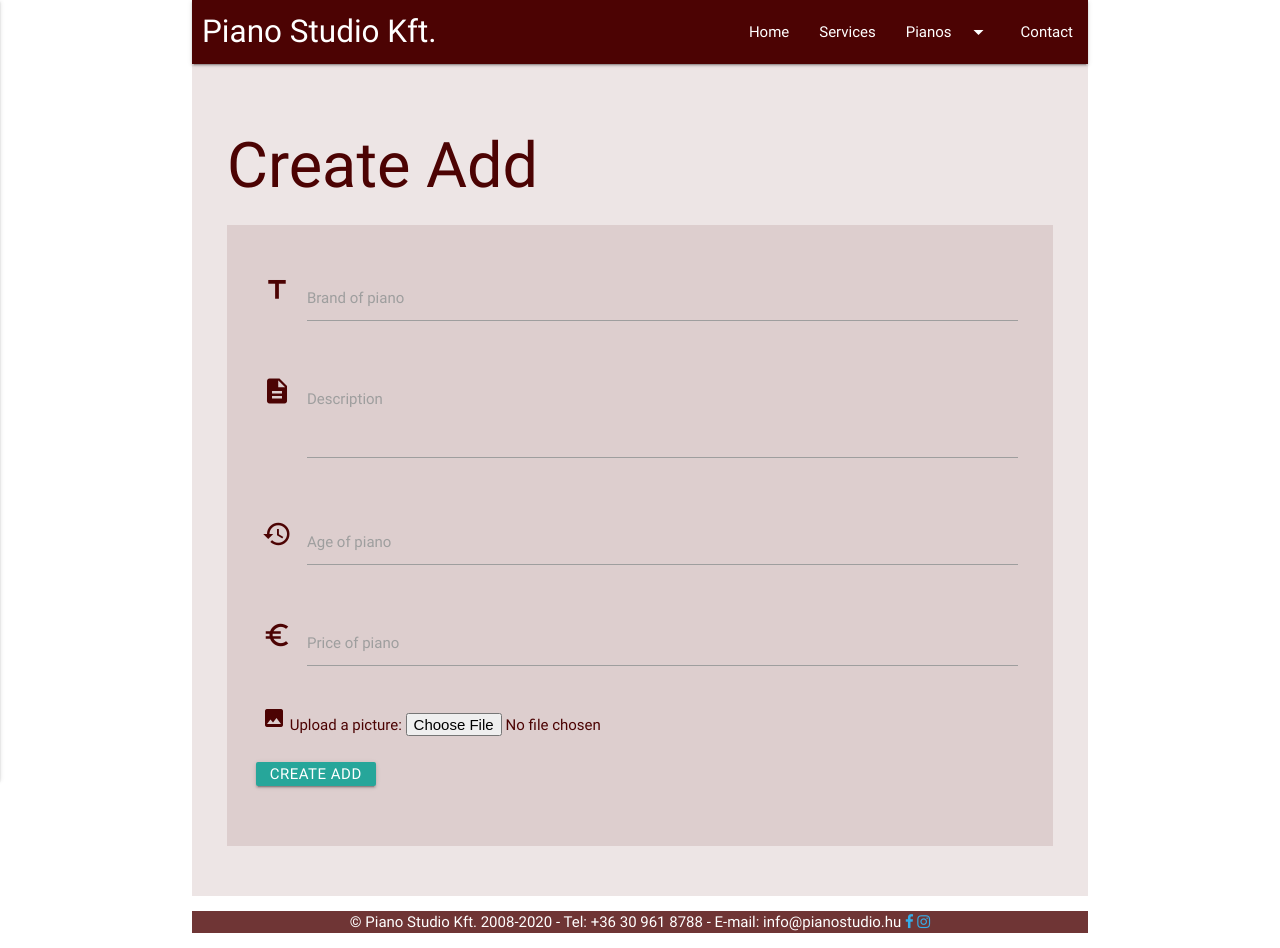
Repository: badiattila/pianostudioheroku
Page: http://localhost/createadd
The author's editor kept a record of every edit. The page is drawn from the files as they stood at one moment, then again after the next edit.
The browser window is 1280 px wide. The pictures show the whole page.
Some web libraries are served in a nearby version. The page is served by the project's application, run on Flask 3 (app.py).

Above is the page before.

### templates/create_add.html
{% extends 'base.html' %} {% block content %}
<div class="op" id="advertise">
    <h1>Create Add</h1>
        <form action="{{ url_for('insert_add') }}" method="POST" enctype="multipart/form-data" class="col s12 op">

            <div class="row">
                <div class="input-field col s12">
                    <i class="material-icons prefix">title</i>
                    <input id="brand" name="brand" type="text" class="validate">
                    <label for="brand">Brand of piano</label>
                </div>
            </div>

            <div class="row">
                <div class="input-field col s12">
                    <i class="material-icons prefix">description</i>
                    <textarea id="description" name="description" class="materialize-textarea"></textarea>
                    <label for="icon_telephone">Description</label>
                </div>
            </div>

            <div class="row">
                <div class="input-field col s12">
                    <i class="material-icons prefix">history</i>
                    <input id="age" name="age" type="text" class="validate">
                    <label for="age">Age of piano</label>
                </div>
            </div>

            <div class="row">
                <div class="input-field col s12">
                    <i class="material-icons prefix">euro_symbol</i>
                    <input id="price" name="price" type="text" class="validate">
                    <label for="price">Price of piano</label>
                </div>
            </div>

            <div class="row">
                <div class="col s12">
                    <i class="material-icons prefix">insert_photo</i> Upload a picture:
                    <input id="picture" name="picture" type="file">
                    <label for="picture"></label>
                </div>
            </div>

            <div class="row">
                <button class="btn waves-effect waves-light btn_mid" type="submit" name="action">Create Add</button>
            </div>


        </form>
</div>
{% endblock %}

### templates/base.html
<!DOCTYPE html>

<html lang="en">

<head>

    <!-- Meta tags -->
    <meta charset="utf-8">
    <!-- Font awsome -->
    <link rel="stylesheet" href="https://maxcdn.bootstrapcdn.com/font-awesome/4.7.0/css/font-awesome.min.css" type="text/css" />
    <!-- Hover -->
    <link rel="stylesheet" href="https://cdnjs.cloudflare.com/ajax/libs/hover.css/2.1.1/css/hover-min.css" type="text/css" />
    <!-- Material icons by Google -->
    <link href="https://fonts.googleapis.com/icon?family=Material+Icons" rel="stylesheet">
    <!-- Compiled and minified materialize CSS -->
    <link rel="stylesheet" href="https://cdnjs.cloudflare.com/ajax/libs/materialize/0.100.2/css/materialize.min.css">
    <!-- Specific Css for this website -->
    <link rel="stylesheet" href="{{url_for('static', filename='css/style.css')}}" type="text/css" />

    <title>Piano Studio Kft. - Services - </title>
    <link href="{{url_for('static', filename='pictures/favicon.ico')}}" rel="shortcut icon" type="image/x-icon" />
    <meta name="description" content="Piano rental, tuning and repair - Piano Studio Kft." />
    <meta name="keywords" content="Piano rental,piano tuning,piano repair,piano studio" />
    <meta name="copyright" content="Piano Studio Kft." />
    <meta name="author" content="Attila Badi/Piano Studio Kft." />
    <meta name="email" content="info@pianostudio.hu" /> {% block head %} {% endblock %}


</head>

<body>
    <div class="container">
        <header>
            <ul id="dropdown2" class="dropdown-content">
                <li><a href="{{url_for('pianos_for_sale')}}">Sale</a></li>
                <li><a href="{{url_for('createadd')}}">Create Add</a></li>
            </ul>
            <nav>
                <div class="nav-wrapper redbg">
                    <a href="{{url_for('index')}}" class="brand-logo">Piano Studio Kft.</a>
                    <a href="#" data-activates="mobile-demo" class="button-collapse"><i class="material-icons">menu</i></a>
                    <ul id="nav-mobile" class="right hide-on-med-and-down">
                        <li><a href="{{url_for('index')}}">Home</a></li>
                        <li><a href="{{url_for('services')}}">Services</a></li>
                        <!-- Dropdown Trigger -->
                        <li><a class="dropdown-trigger" href="#!" data-target="dropdown2">Pianos<i class="material-icons right">arrow_drop_down</i></a></li>

                        <li><a href="{{url_for('contact')}}">Contact</a></li>
                    </ul>
                    <ul class="side-nav" id="mobile-demo">
                        <li><a href="{{url_for('index')}}">Home</a></li>
                        <li><a href="{{url_for('services')}}">Services</a></li>
                        <li><a href="{{url_for('pianos_for_sale')}}">Sale</a></li>
                        <li><a href="{{url_for('createadd')}}">Create Add</a></li>
                        <li><a href="{{url_for('contact')}}">Contact</a></li>
                    </ul>
                </div>
            </nav>

        </header>
        {% block content %} {% endblock %}

        <footer class="footer redbg">
            <p>&copy; Piano Studio Kft. 2008-2020 - Tel: +36 30 961 8788 - E-mail: info@pianostudio.hu
                <a target="_blank" href="https://www.facebook.com/zongoraterem"><i class="fa fa-facebook" aria-hidden="true"></i></a>
                <a target="_blank" href="https://www.instagram.com/pianostudiokft"><i class="fa fa-instagram" aria-hidden="true"></i></a>
            </p>
        </footer>
    </div>

    <script src="https://code.jquery.com/jquery-3.4.1.min.js" integrity="sha256-CSXorXvZcTkaix6Yvo6HppcZGetbYMGWSFlBw8HfCJo=" crossorigin="anonymous"></script>
    <script src="https://cdnjs.cloudflare.com/ajax/libs/materialize/0.100.2/js/materialize.min.js"></script>

    <script>
        $(document).ready(function() {
            $('.modal').modal();
            $('.dropdown-trigger').dropdown();
            $('.collapsible').collapsible();
            $('select').material_select();
            $('.button-collapse').sideNav();
        });
    </script>

</body>

</html>

### app.py
import os
from flask import Flask, render_template, redirect, request, url_for
from flask_pymongo import PyMongo
from bson.objectid import ObjectId
from flask_mail import Mail, Message

app = Flask(__name__)

app.config["MONGO_DBNAME"] = 'piano_studio'
app.config["MONGO_URI"] = 'mongodb://attilabadi:K00nK00n1234@mycodeinstitutecluster-shard-00-00-wpsfr.mongodb.net:27017,mycodeinstitutecluster-shard-00-01-wpsfr.mongodb.net:27017,mycodeinstitutecluster-shard-00-02-wpsfr.mongodb.net:27017/piano_studio?ssl=true&replicaSet=MyCodeInstituteCluster-shard-0&authSource=admin&retryWrites=true&w=majority'
mongo = PyMongo(app)

app.config.update(
	DEBUG=True,
	#EMAIL SETTINGS
	MAIL_SERVER='mail.pianostudio.hu',
	MAIL_PORT=465,
	MAIL_USE_SSL=True,
	MAIL_USERNAME = 'contact@pianostudio.hu',
	MAIL_PASSWORD = os.environ.get('SMTPPW')
	)
mail = Mail(app)

@app.route('/')
@app.route('/index')
def index():
        return render_template("index.html")

@app.route('/contact')
def contact():
        return render_template("contact.html")

@app.route('/services')
def services():
        return render_template("services.html")

@app.route('/pianos_for_sale')
def pianos_for_sale():
        return render_template("pianos_for_sale.html", pianos=mongo.db.pianos_4_sale.find(), images=mongo.db.pianos_4_sale.find())

@app.route('/createadd')
def createadd():
        return render_template("create_add.html")

@app.route('/insert_add', methods=['POST'])
def insert_add():
        file_id = mongo.save_file(request.files['picture'].filename, request.files['picture'])
        mongo.db.pianos_4_sale.insert({
            'brand': request.form.get('brand') ,
            'description' : request.form.get('description') ,
            'age' : request.form.get('age') ,
            'price' : request.form.get('price') ,
            'file_name' : request.files['picture'].filename})
        return redirect(url_for('pianos_for_sale'))

@app.route('/file/<file_name>')
def file(file_name):
    return mongo.send_file(file_name)

@app.route('/delete_piano/<piano_id>')
def delete_piano(piano_id):
    mongo.db.pianos_4_sale.remove({'_id': ObjectId(piano_id)})
    return redirect(url_for('pianos_for_sale'))

@app.route('/edit_piano/<piano_id>')
def edit_piano(piano_id):
    return render_template('edit_piano.html', piano=mongo.db.pianos_4_sale.find_one({"_id": ObjectId(piano_id)}))


@app.route('/update_piano/<piano_id>', methods=['POST'])
def update_piano(piano_id):
    file_id = mongo.save_file(request.files['picture'].filename, request.files['picture'])
    mongo.db.pianos_4_sale.update( {'_id': ObjectId(piano_id)},
    {
            'brand': request.form.get('brand') ,
            'description' : request.form.get('description') ,
            'age' : request.form.get('age') ,
            'price' : request.form.get('price') ,
            'file_name' : request.files['picture'].filename
    })
    return redirect(url_for('pianos_for_sale'))

@app.route('/send_mail/', methods=['POST'])
def send_mail():
	try:
		msg = Message("Contact form mail from pianostudio",
		  sender=request.form.get('user_email'),
		  recipients=["attila.badi@gmail.com"])
		msg.body = request.form.get('message')
		mail.send(msg)
		return 'Mail sent!'
	except:
		return "Something went wrong"

if __name__ == '__main__':
    app.run(host=os.environ.get('IP'),
        port=int(os.environ.get('PORT')),
        debug=True)

### static/css/style.css
.left {
  float: left;
}

.right {
  float: right;
}

/* Picture formatting for gallery and teaser pictures */

.right-teaser {
  padding: 1px;
  border: 1px solid #4c0303;
  float: right;
  margin: 0 0 1em 1em;
  width: 12vw;
}

.galery-pic {
  padding: 1px;
  border: 1px solid #4c0303;
  margin: 0 0 1em 1em;
  width: 12vw;
}

.btn_small {
  height: 24px;
  width: 60px;
  line-height: 24px;
  margin: 5px 5px;
  padding: 0 0.5em;
}

.btn_mid {
  height: 24px;
  width: 120px;
  line-height: 24px;
  margin: 5px 5px;
  padding: 0 0.5em;
}

.footer {
  color: white;
  opacity: 0.8;
  filter: alpha(opacity=80);
  text-align: center;
}

.redbg {
  background-color: #4c0303;
}

.nav-wrapper {
  padding-left: 10px;
}

/* Opacity classes for different elements */

.op {
  background: rgba(76, 3, 3, 0.1);
  /*background with 30% opacity */
  color: rgba(76, 3, 3);
  padding: 35px;
  margin-bottom: 15px;
}

.dropdown-content {
  width: max-content !important;
  height: auto !important;
}

/* ID based background behaviour */
#intro {
    background-attachment: scroll;
    background-image: url('../pictures/4k-wallpaper-close-up-fingers-1246437.jpg');
    background-position: center;
    background-size: cover;
    width: 100vw;
    background-repeat: no-repeat;
    position: relative;
}

After the next edit:
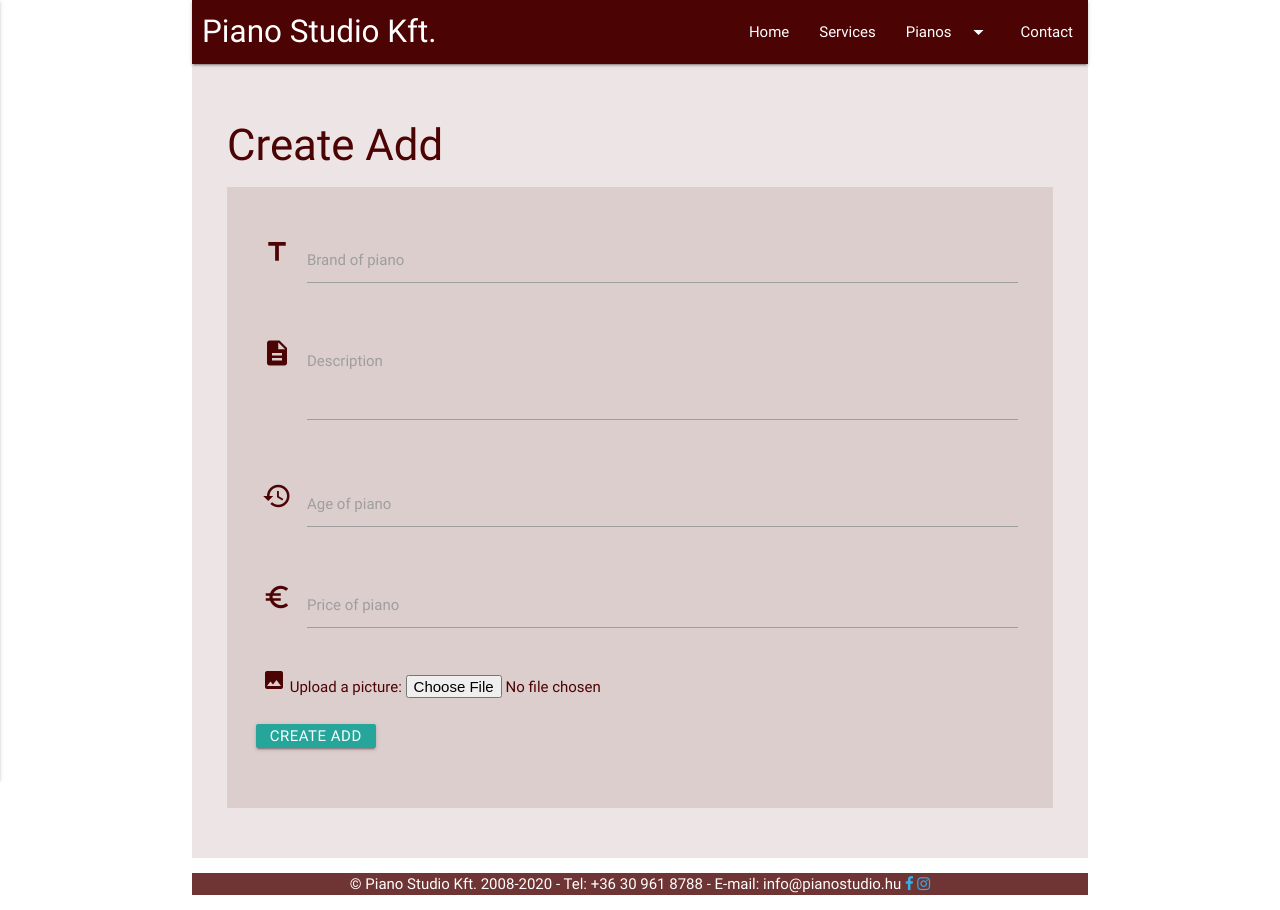
The edit:
--- a/templates/create_add.html
+++ b/templates/create_add.html
@@ -1,53 +1,51 @@
 {% extends 'base.html' %} {% block content %}
 <div class="op" id="advertise">
-    <h1>Create Add</h1>
-        <form action="{{ url_for('insert_add') }}" method="POST" enctype="multipart/form-data" class="col s12 op">
+    <h3>Create Add</h3>
+    <form action="{{ url_for('insert_add') }}" method="POST" enctype="multipart/form-data" class="col s12 op">
 
-            <div class="row">
-                <div class="input-field col s12">
-                    <i class="material-icons prefix">title</i>
-                    <input id="brand" name="brand" type="text" class="validate">
-                    <label for="brand">Brand of piano</label>
-                </div>
+        <div class="row">
+            <div class="input-field col s12">
+                <i class="material-icons prefix">title</i>
+                <input id="brand" name="brand" type="text" class="validate">
+                <label for="brand">Brand of piano</label>
             </div>
+        </div>
 
-            <div class="row">
-                <div class="input-field col s12">
-                    <i class="material-icons prefix">description</i>
-                    <textarea id="description" name="description" class="materialize-textarea"></textarea>
-                    <label for="icon_telephone">Description</label>
-                </div>
+        <div class="row">
+            <div class="input-field col s12">
+                <i class="material-icons prefix">description</i>
+                <textarea id="description" name="description" class="materialize-textarea"></textarea>
+                <label for="icon_telephone">Description</label>
             </div>
+        </div>
 
-            <div class="row">
-                <div class="input-field col s12">
-                    <i class="material-icons prefix">history</i>
-                    <input id="age" name="age" type="text" class="validate">
-                    <label for="age">Age of piano</label>
-                </div>
+        <div class="row">
+            <div class="input-field col s12">
+                <i class="material-icons prefix">history</i>
+                <input id="age" name="age" type="text" class="validate">
+                <label for="age">Age of piano</label>
             </div>
+        </div>
 
-            <div class="row">
-                <div class="input-field col s12">
-                    <i class="material-icons prefix">euro_symbol</i>
-                    <input id="price" name="price" type="text" class="validate">
-                    <label for="price">Price of piano</label>
-                </div>
+        <div class="row">
+            <div class="input-field col s12">
+                <i class="material-icons prefix">euro_symbol</i>
+                <input id="price" name="price" type="text" class="validate">
+                <label for="price">Price of piano</label>
             </div>
+        </div>
 
-            <div class="row">
-                <div class="col s12">
-                    <i class="material-icons prefix">insert_photo</i> Upload a picture:
-                    <input id="picture" name="picture" type="file">
-                    <label for="picture"></label>
-                </div>
+        <div class="row">
+            <div class="col s12">
+                <i class="material-icons prefix">insert_photo</i> Upload a picture:
+                <input id="picture" name="picture" type="file">
+                <label for="picture"></label>
             </div>
+        </div>
 
-            <div class="row">
-                <button class="btn waves-effect waves-light btn_mid" type="submit" name="action">Create Add</button>
-            </div>
-
-
-        </form>
+        <div class="row">
+            <button class="btn waves-effect waves-light btn_mid" type="submit" name="action">Create Add</button>
+        </div>
+    </form>
 </div>
 {% endblock %}
